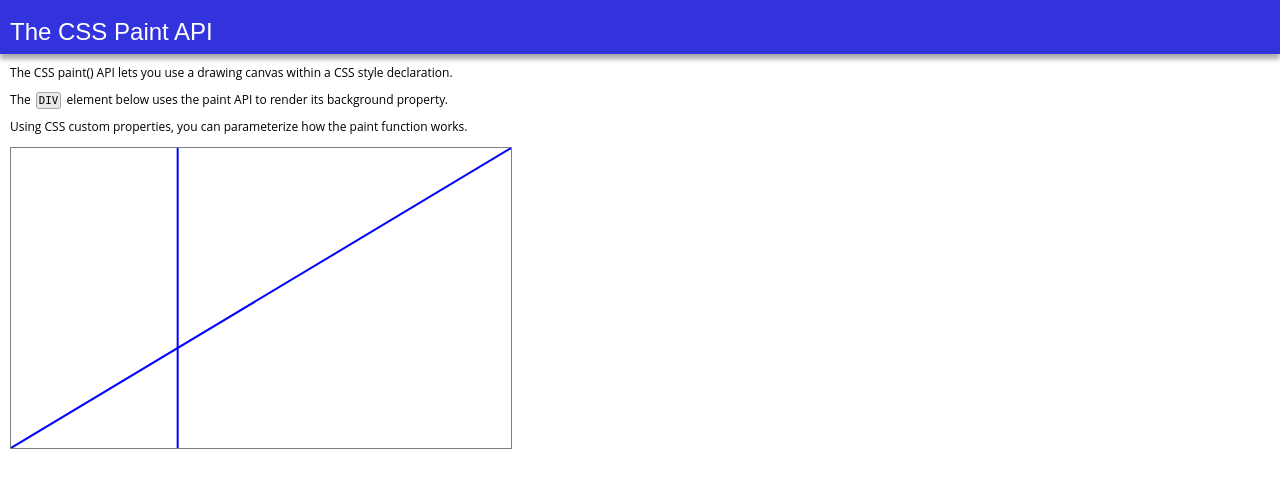
Repository: craig-o-curtis/browser-apis
Page: pages/csspaint.html
The author's editor kept a copy of each file at every save. The page is drawn from the files as they stood at one save, then again after the next save.
The browser window is 1280 px wide. The pictures show the whole page.

Above is the page before, as saved 2020-05-17 17:12:42.

After the next save:
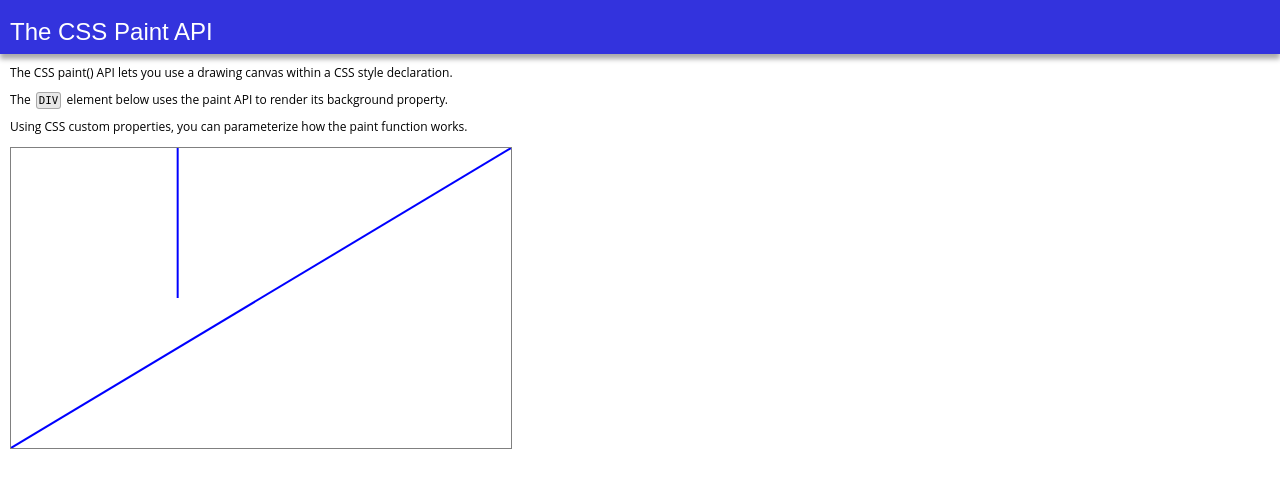
Saved 34 s later.
--- a/pages/csspaint.js
+++ b/pages/csspaint.js
@@ -16,7 +16,7 @@
 
       ctx.beginPath();
       ctx.moveTo(size.width/3, 0);
-      ctx.lineTo(size.width/3, size.height);
+      ctx.lineTo(size.width/3, size.height/2);
     //   ctx.lineTo(size.width, size.height);
       ctx.stroke();
 

After the 2 saves that followed:
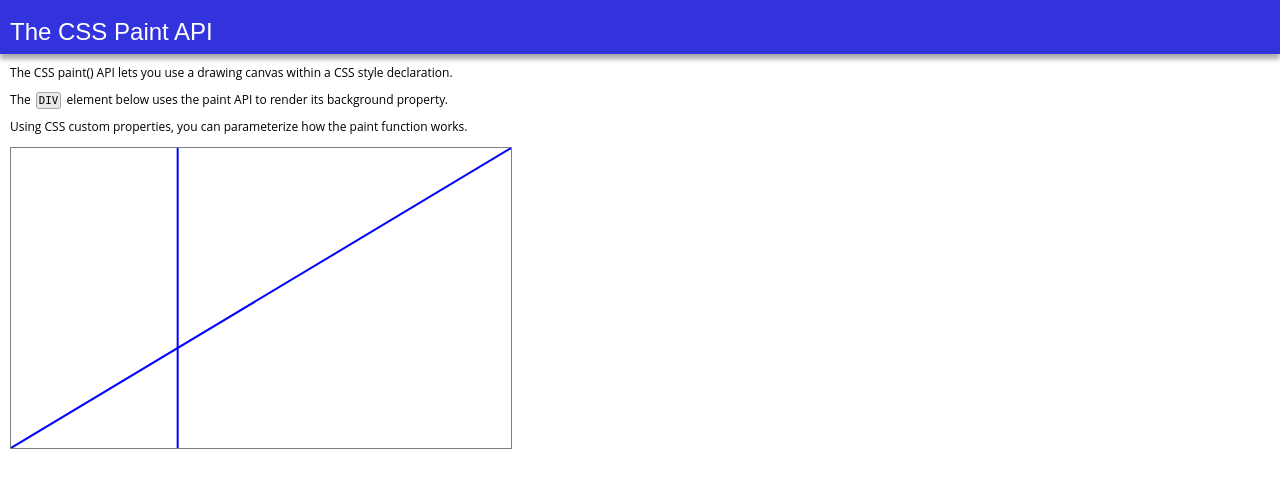
The 2 saves are shown as one change because they came seconds apart.
The last was saved 8 s later.
--- a/pages/csspaint.js
+++ b/pages/csspaint.js
@@ -16,7 +16,7 @@
 
       ctx.beginPath();
       ctx.moveTo(size.width/3, 0);
-      ctx.lineTo(size.width/3, size.height/2);
+      ctx.lineTo(size.width/3, size.height);
     //   ctx.lineTo(size.width, size.height);
       ctx.stroke();
 
